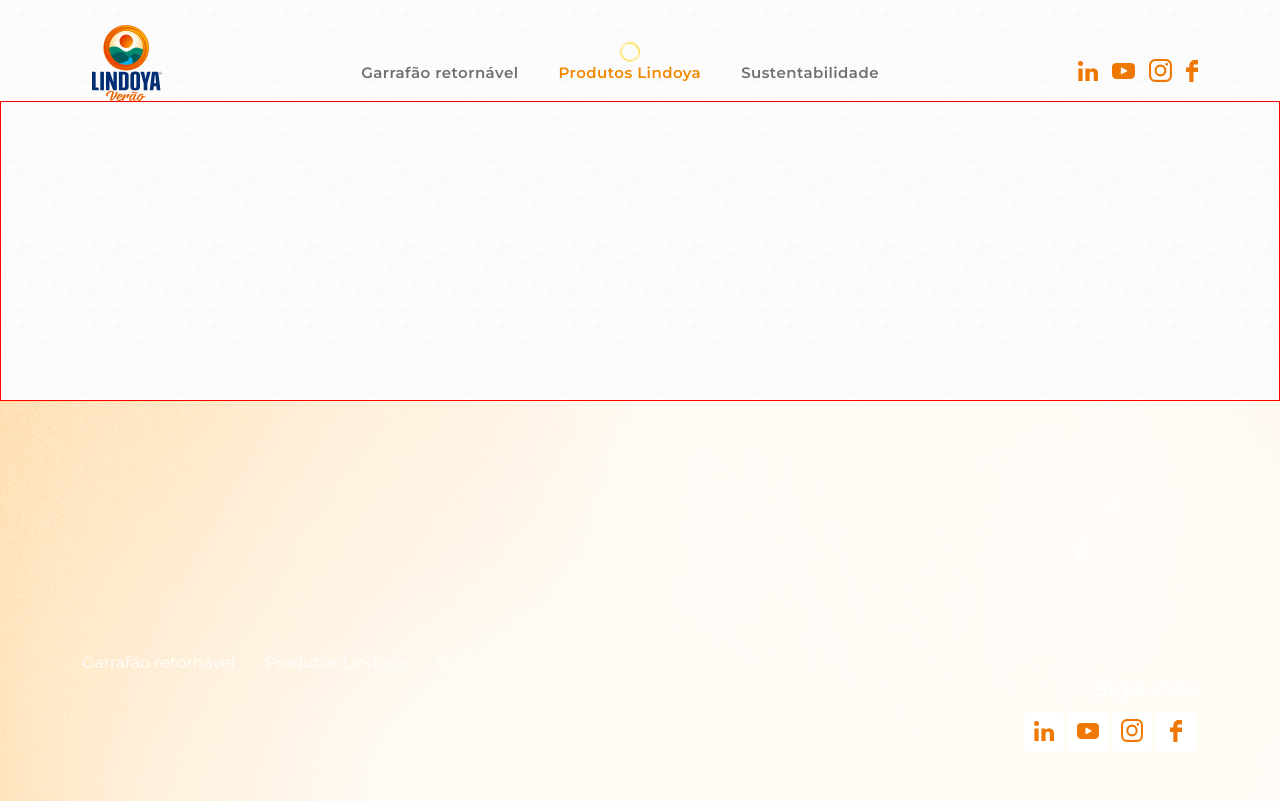
Repository: ItamarLourenco/lindoya-catalogo
Page: index.html
The author's editor kept a copy of each file at every save. The page is drawn from the files as they stood at one save, then again after the next save.
The browser window is 1280 px wide. The pictures show the whole page.

Above is the page before, as saved 2023-02-08 19:44:58.

After the next save:
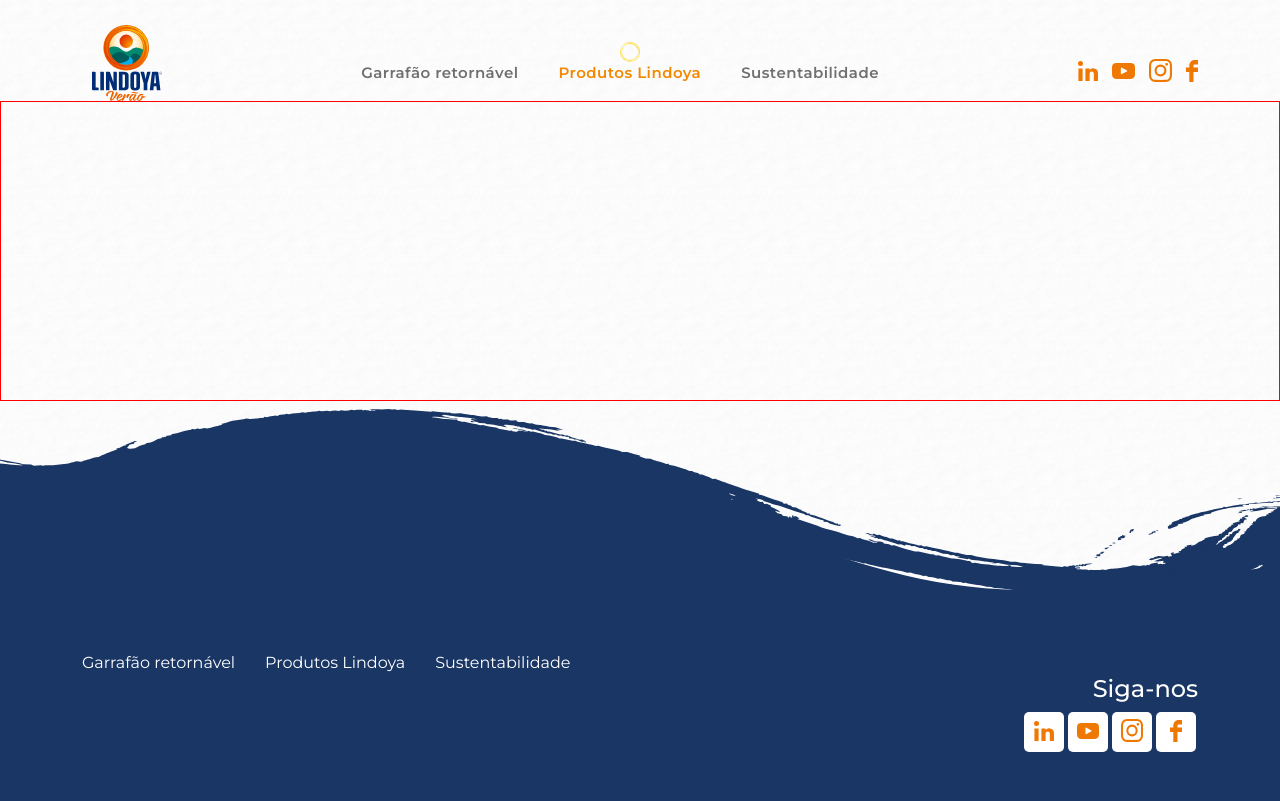
Saved 4 s later.
--- a/css/lindoya.css
+++ b/css/lindoya.css
@@ -104,7 +104,7 @@
 
 
 .footer{
-  background-image: url('../assets/images/hero-bg-2.png');
+  background-image: url('../assets/images/rodape.svg');
   height:400px;
   padding-top:250px;
 }
